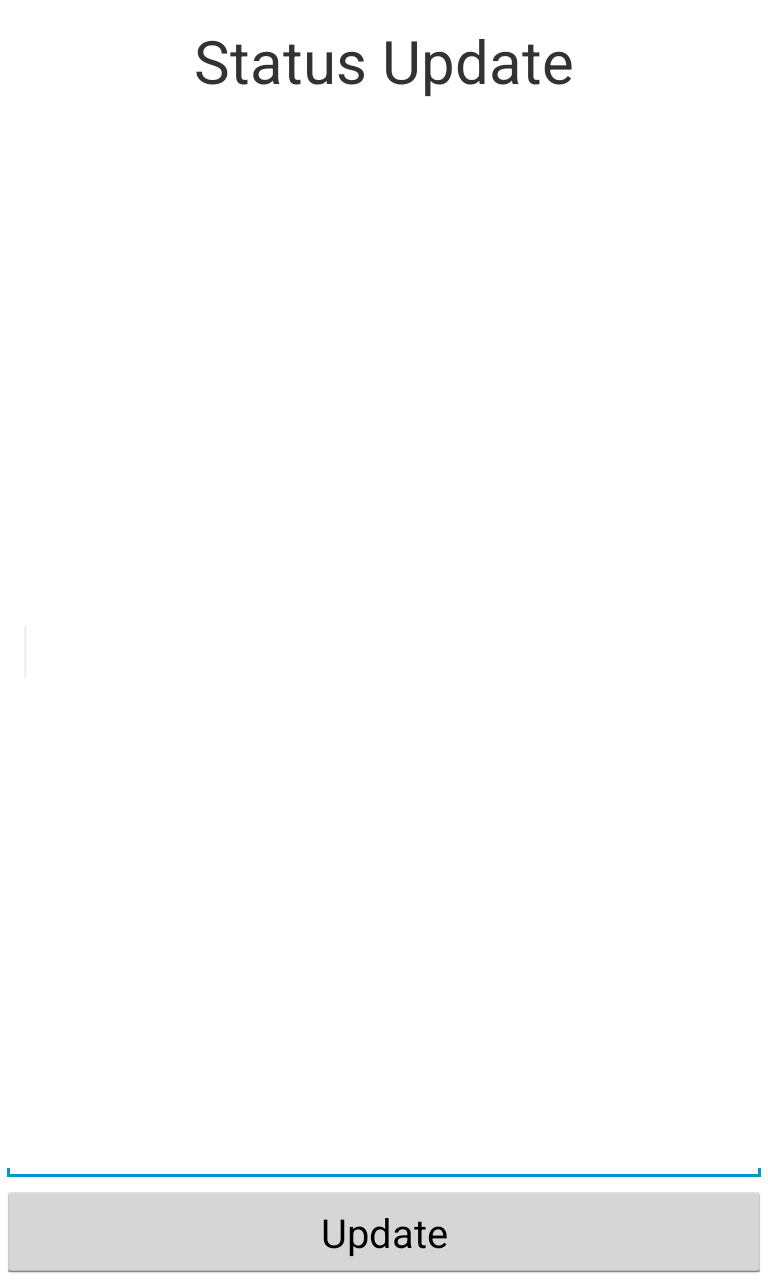
Repository: wkliang/android
Layout: Yamba/res/layout/activity_status.xml
An editor plug-in stored every save of this project. The layout is shown before and after the next save, followed by the edit.
It is drawn on a 768 x 1280 px phone screen (xhdpi) without system bars, with theme AppTheme; the app's code is not run.

Above is the layout before, as saved 2012-11-23 18:00:29.

### Yamba/res/layout/activity_status.xml

<LinearLayout xmlns:android="http://schemas.android.com/apk/res/android"
    android:layout_width="fill_parent"
    android:layout_height="fill_parent"
    android:orientation="vertical" >

    <TextView
        android:id="@+id/textView1"
        android:layout_width="fill_parent"
        android:layout_height="wrap_content"
        android:layout_margin="10dp"
        android:gravity="center"
        android:text="@string/titleStatus"
        android:textSize="30sp" />

    <EditText
        android:id="@+id/editText1"
        android:layout_width="fill_parent"
        android:layout_height="fill_parent"
        android:layout_gravity="top|center_horizontal"
        android:layout_weight="1" >

        <requestFocus />
    </EditText>

    <Button
        android:id="@+id/button1"
        android:layout_width="fill_parent"
        android:layout_height="wrap_content"
        android:text="@string/buttonUpdate"
        android:textSize="20sp" />

</LinearLayout>

### Yamba/res/values/strings.xml
<?xml version="1.0" encoding="utf-8"?>
<resources>

    <string name="app_name">Yamba</string>
    <string name="menu_settings">Settings</string>
    <string name="titleStatus">Status Update</string>
    <string name="buttonUpdate">Update</string>
    <string name="hintText">Please enter your 140-character status</string>

</resources>

Loaded but not shown: Yamba/res/values/styles.xml (common file); Yamba/res/values-v11/styles.xml (common file); Yamba/res/values-v14/styles.xml (common file)

After the next save:
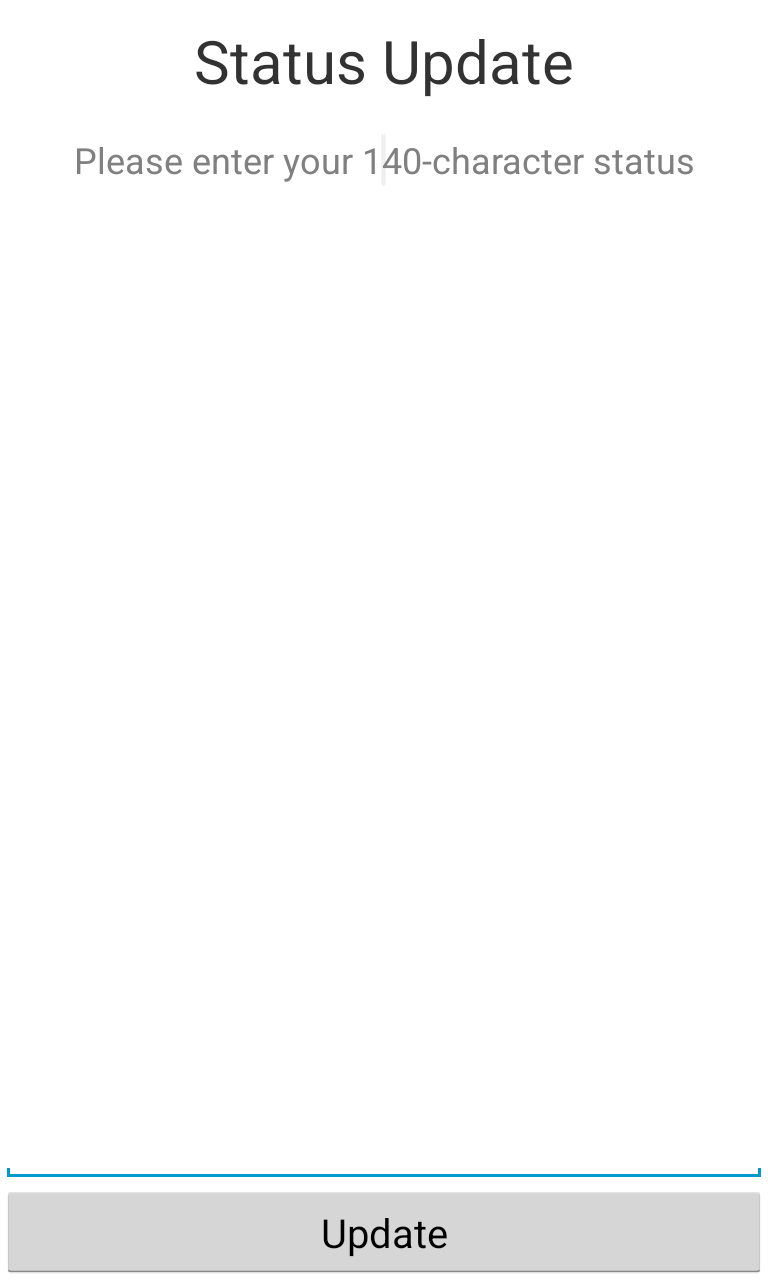
Saved 2 min 21 s later.
--- a/Yamba/res/layout/activity_status.xml
+++ b/Yamba/res/layout/activity_status.xml
@@ -17,8 +17,9 @@
         android:id="@+id/editText1"
         android:layout_width="fill_parent"
         android:layout_height="fill_parent"
-        android:layout_gravity="top|center_horizontal"
-        android:layout_weight="1" >
+        android:gravity="top|center_horizontal"
+        android:layout_weight="1"
+        android:hint="@string/hintText" >
 
         <requestFocus />
     </EditText>
